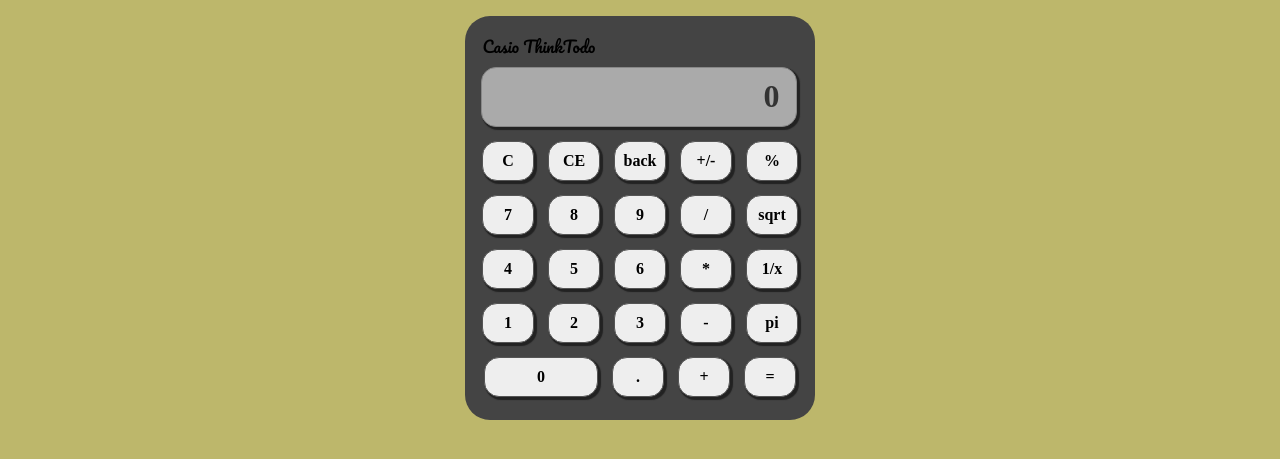
Repository: phunobi1807/quadraticEquation2
Page: index.html
The author's editor kept a copy of each file at every save. The page is drawn from the files as they stood at one save, then again after the next save.
The browser window is 1280 px wide. The pictures show the whole page.
Some web fonts or font styles are not loaded; a fallback is used.

Above is the page before, as saved 2022-07-25 10:32:10.

After the next save:
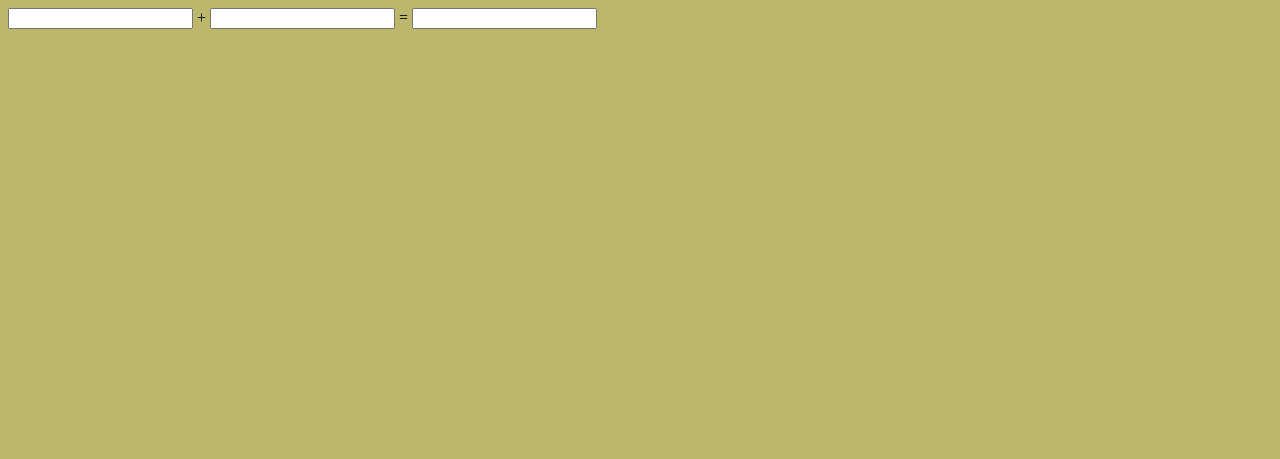
Not found: css/currency.default.css
Saved 2 min 43 s later.
--- a/index.html
+++ b/index.html
@@ -4,7 +4,7 @@
     <meta charset="UTF-8" />
     <meta http-equiv="X-UA-Compatible" content="IE=edge" />
     <meta name="viewport" content="width=device-width, initial-scale=1.0" />
-    <title>Calculator</title>
+    <title>Document</title>
     <script
       src="https://code.jquery.com/jquery-3.6.0.slim.min.js"
       integrity="sha256-u7e5khyithlIdTpu22PHhENmPcRdFiHRjhAuHcs05RI="
@@ -17,54 +17,15 @@
       integrity="sha256-u7e5khyithlIdTpu22PHhENmPcRdFiHRjhAuHcs05RI="
       crossorigin="anonymous"
     ></script>
+    <link type="text/css" rel="stylesheet" href="css/currency.default.css">
   </head>
 
   <body>
-    <div class="calculator">
-      <p>Casio ThinkTodo</p>
-      <div class="calc-row">
-        <div class="screen">0907208553</div>
-      </div>
+    <input type="text" class="number" value="" /> +
+    <input type="text" class="number" value="" /> =
 
-      <div class="calc-row">
-        <div class="button">C</div>
-        <div class="button">CE</div>
-        <div class="button backspace">back</div>
-        <div class="button plus-minus">+/-</div>
-        <div class="button">%</div>
-      </div>
 
-      <div class="calc-row">
-        <div class="button">7</div>
-        <div class="button">8</div>
-        <div class="button">9</div>
-        <div class="button divice">/</div>
-        <div class="button root">sqrt</div>
-      </div>
-
-      <div class="calc-row">
-        <div class="button">4</div>
-        <div class="button">5</div>
-        <div class="button">6</div>
-        <div class="button multiply">*</div>
-        <div class="button inverse">1/x</div>
-      </div>
-
-      <div class="calc-row">
-        <div class="button">1</div>
-        <div class="button">2</div>
-        <div class="button">3</div>
-        <div class="button">-</div>
-        <div class="button pi">pi</div>
-      </div>
-
-      <div class="calc-row">
-        <div class="button zero">0</div>
-        <div class="button decimal">.</div>
-        <div class="button">+</div>
-        <div class="button equal">=</div>
-      </div>
-    </div>
+    <input type="text" class="total" value="" />
   </body>
 
 </html>
